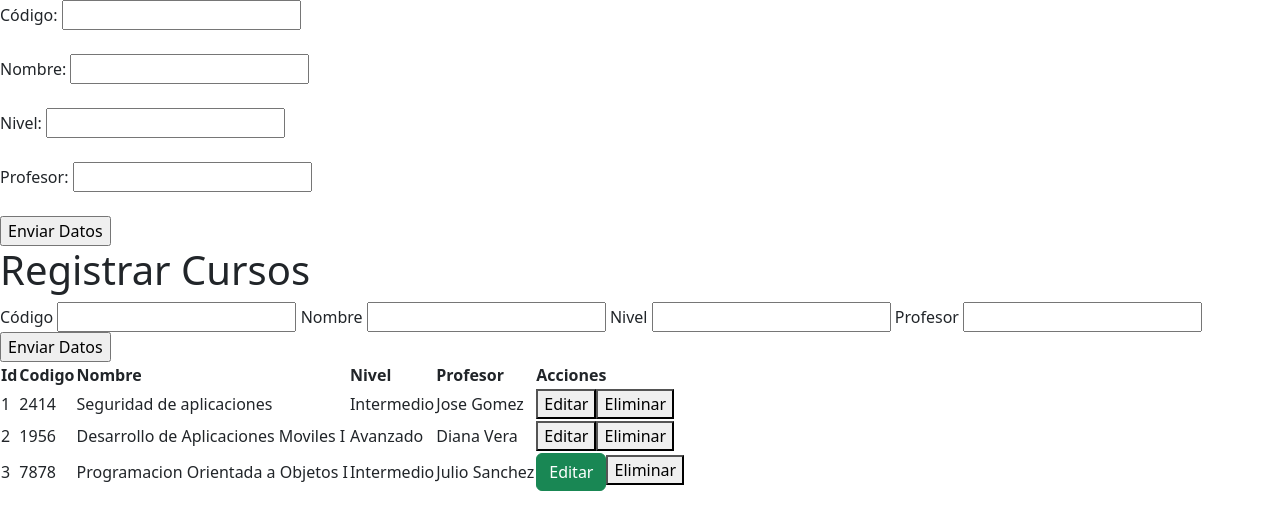
Repository: LuisCondori98/LP1-CIB
Page: http://localhost/Clase-01/demo.jsp
An editor plug-in stored every save of this project. The page is shown before and after the next save, followed by the edit.
The browser window is 1280 px wide. The pictures show the whole page.
The page is served by Tomcat 9.

Above is the page before, as saved 2025-01-11 14:32:38.

After the next save:
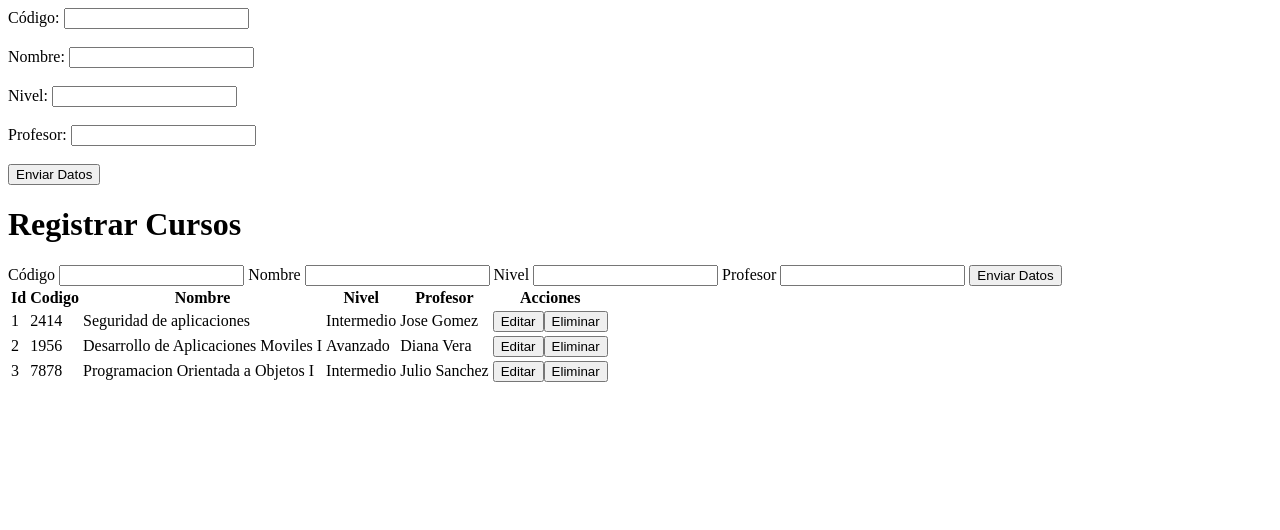
Saved 2 min 28 s later.
--- a/Clase-01/src/main/webapp/demo.jsp
+++ b/Clase-01/src/main/webapp/demo.jsp
@@ -4,7 +4,7 @@
 <html>
 <head>
 <meta charset="ISO-8859-1">
-<link href="https://cdn.jsdelivr.net/npm/bootstrap@5.3.3/dist/css/bootstrap.min.css" rel="stylesheet" integrity="sha384-QWTKZyjpPEjISv5WaRU9OFeRpok6YctnYmDr5pNlyT2bRjXh0JMhjY6hW+ALEwIH" crossorigin="anonymous">
+
 <title>Insert title here</title>
 </head>
 <body>
